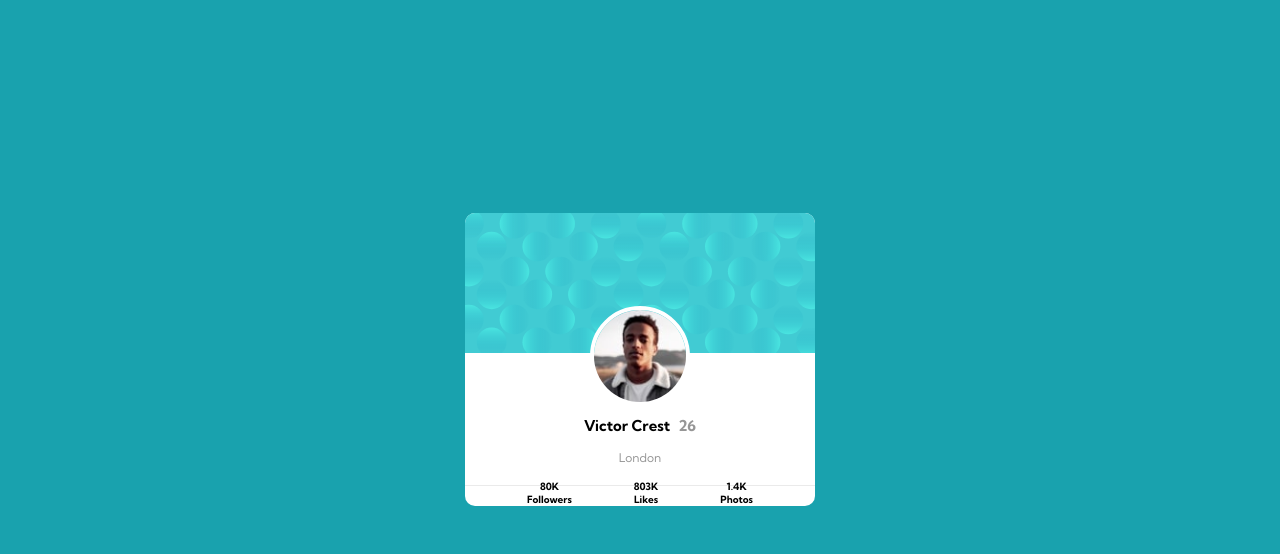
Repository: thaibaocoder1/profile-card-component-main
Page: index.html
These files come from the project's save history. The page is drawn as it stood at one moment and after the next save; the edit follows.
The browser window is 1280 px wide. The pictures show the whole page.

Above is the page before, as saved 2023-01-11 14:09:55.

After the next save:
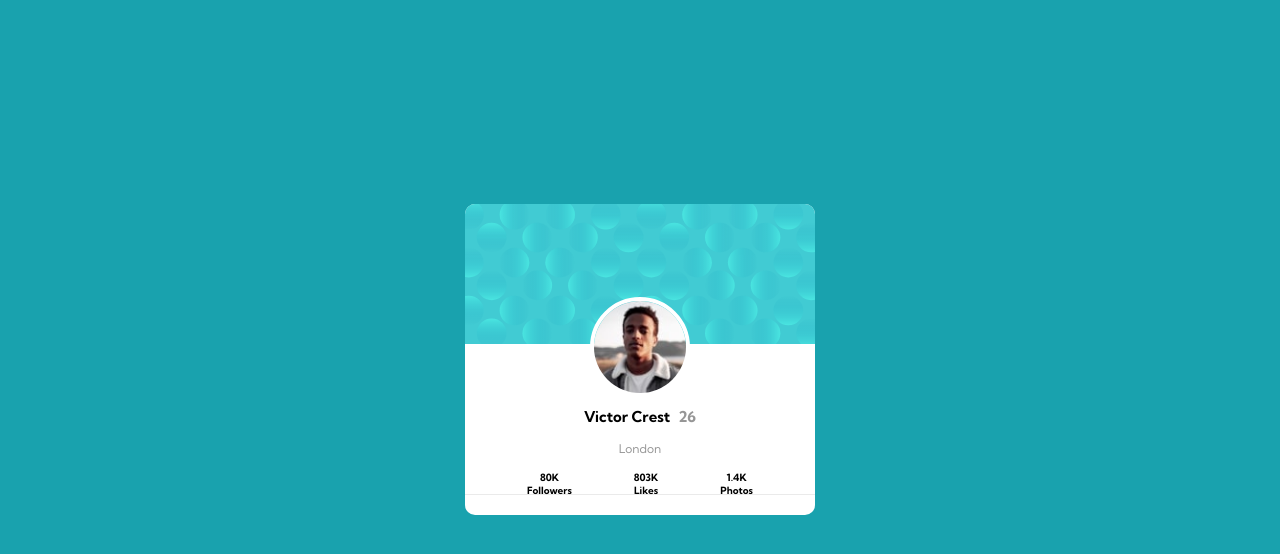
Saved 19 s later.
--- a/style.css
+++ b/style.css
@@ -79,6 +79,6 @@ body {
     display: flex;
     justify-content: space-evenly;
 }
-.footer .card__bottom--item p {
-    /* font-size: 1.8rem; */
+.footer .card__bottom--item {
+    margin-bottom: 1.8rem;
 }
